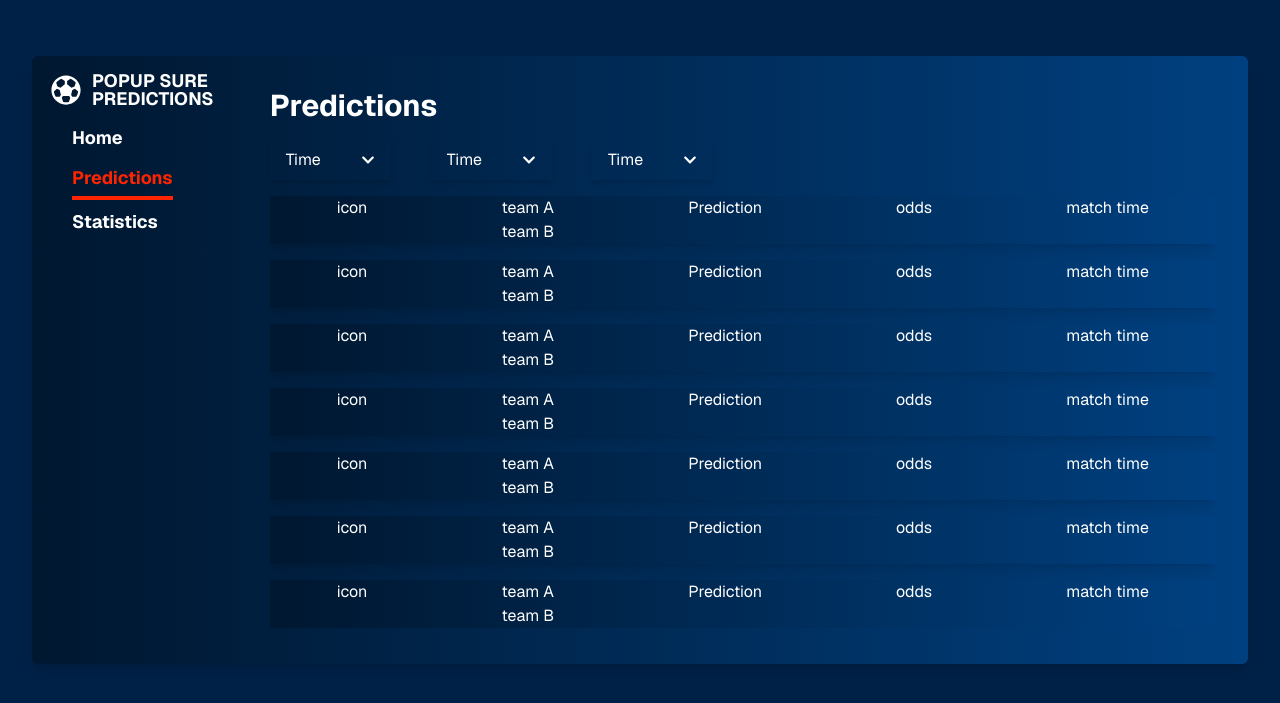
Repository: prototypedave/AlgoFooty
Page: /predictions (app in frontend/algo-footy/)
The author's editor kept a copy of each file at every save. The page is drawn from the files as they stood at one save, then again after the next save.
The browser window is 1280 px wide. The pictures show the whole page.
The project was rebuilt for these pictures with package versions that can differ from the ones it lists, and the page was loaded fresh each time. The framework's server and built-in components were replaced by stand-ins that run in the browser. Also part of the build but not shown: frontend/algo-footy/next.config.ts.

Above is the page before, as saved 2025-11-03 08:14:04.

### frontend/algo-footy/app/predictions/page.tsx
"use client";

import Link from "next/link";
import { IoMdFootball } from "react-icons/io";
import { usePathname } from "next/navigation";
import DropdownButton from "@/components/dropdown";

export default function Predictions() {
    const pathname = usePathname();
    return (
        <div className="relative flex flex-col min-h-screen items-center justify-center bg-oxford-blue font-sans">
            <nav className="absolute inset-x-0 top-0 bottom-0 bg-gradient-to-r from-[#001730] to-[#004080] text-white max-h-full rounded-md mx-8 my-14 shadow-lg flex gap-10 p-4">
                <div className="flex flex-col">
                    <div className="flex gap-2">
                        <IoMdFootball className="text-4xl"/>
                        <p className="text-lg font-bold leading-none">
                            <span className="block">POPUP SURE </span>
                            <span className="block">PREDICTIONS</span>
                        </p>
                    </div>
                    <div className="flex flex-col items-start gap-2 pt-4 pl-6 font-bold text-lg text-white">
                        <Link
                            href="/home"
                            className={`pb-1 ${
                            pathname === "/home"
                                ? "border-b-4 border-black font-bold"
                                : "border-b-0"
                            }`}
                        >
                            Home
                        </Link>
                        <Link href="/predictions"
                            className={`inline-block pb-1 ${
                                pathname === "/predictions"? "border-b-4 border-orange-red font-bold text-orange-red" : "border-b-0 border-orange-red"
                            }`}>Predictions</Link>
                        <Link href={"/statistics"}>Statistics</Link>
                    </div>
                </div>
                <div className="flex flex-col p-4 gap-4 w-full">
                    <h1 className="text-3xl font-bold">Predictions</h1>
                    <div className="flex gap-10 w-full">
                            <DropdownButton />
                            <DropdownButton />
                            <DropdownButton />
                    </div>
                    <div className="flex w-full overflow-y-auto">
                        <ol className="flex flex-col w-full gap-4">
                            <li className="flex bg-gradient-to-r from-[#001730] to-[#004080] w-full shadow-lg justify-around">
                                <p>icon</p>
                                <div>
                                    <p>team A</p>
                                    <p>team B</p>
                                </div>
                                <p>Prediction</p>
                                <div>odds</div>
                                <div>match time</div>
                            </li>
                            <li className="flex bg-gradient-to-r from-[#001730] to-[#004080] w-full shadow-lg justify-around">
                                <p>icon</p>
                                <div>
                                    <p>team A</p>
                                    <p>team B</p>
                                </div>
                                <p>Prediction</p>
                                <div>odds</div>
                                <div>match time</div>
                            </li>
                            <li className="flex bg-gradient-to-r from-[#001730] to-[#004080] shadow-lg justify-around">
                                <p>icon</p>
                                <div>
                                    <p>team A</p>
                                    <p>team B</p>
                                </div>
                                <p>Prediction</p>
                                <div>odds</div>
                                <div>match time</div>
                            </li>
                            <li className="flex bg-gradient-to-r from-[#001730] to-[#004080] shadow-lg justify-around">
                                <p>icon</p>
                                <div>
                                    <p>team A</p>
                                    <p>team B</p>
                                </div>
                                <p>Prediction</p>
                                <div>odds</div>
                                <div>match time</div>
                            </li>
                            <li className="flex bg-gradient-to-r from-[#001730] to-[#004080] shadow-lg justify-around">
                                <p>icon</p>
                                <div>
                                    <p>team A</p>
                                    <p>team B</p>
                                </div>
                                <p>Prediction</p>
                                <div>odds</div>
                                <div>match time</div>
                            </li>
                            <li className="flex bg-gradient-to-r from-[#001730] to-[#004080] shadow-lg justify-around">
                                <p>icon</p>
                                <div>
                                    <p>team A</p>
                                    <p>team B</p>
                                </div>
                                <p>Prediction</p>
                                <div>odds</div>
                                <div>match time</div>
                            </li>
                            <li className="flex bg-gradient-to-r from-[#001730] to-[#004080] shadow-lg justify-around">
                                <p>icon</p>
                                <div>
                                    <p>team A</p>
                                    <p>team B</p>
                                </div>
                                <p>Prediction</p>
                                <div>odds</div>
                                <div>match time</div>
                            </li>
                        </ol>
                    </div>
                </div>
            </nav>
        </div>
    );
}

### frontend/algo-footy/app/globals.css
@import "tailwindcss";

:root {
  --background: #ffffff;
  --foreground: #171717;
}

@theme inline {
  --color-background: var(--background);
  --color-foreground: var(--foreground);
  --font-sans: var(--font-geist-sans);
  --font-mono: var(--font-geist-mono);
}

@theme {
  --color-oxford-blue: #002147;
  --color-orange-red: #FF2400;
}

@media (prefers-color-scheme: dark) {
  :root {
    --background: #0a0a0a;
    --foreground: #ededed;
  }
}

body {
  background: var(--background);
  color: var(--foreground);
  font-family: Arial, Helvetica, sans-serif;
}

### frontend/algo-footy/components/dropdown.tsx
"use client";
import { useState } from "react";
import { FaChevronDown, FaChevronUp } from "react-icons/fa";

export default function DropdownButton() {
  const [open, setOpen] = useState(false);

  return (
    <div className="relative inline-block text-left">
      {/* Button */}
      <button
        onClick={() => setOpen(!open)}
        className="flex items-center justify-between gap-10 text-white-500 px-4 py-2 shadow-md hover:text-orange-red transition"
      >
        Time
        {open ? (
          <FaChevronUp className="text-sm" />
        ) : (
          <FaChevronDown className="text-sm" />
        )}
      </button>

      {/* Dropdown Menu */}
      {open && (
        <div className="absolute right-0 mt-2 w-48 shadow-lg">
          <ul className="py-1">
            <li>
              <a
                href="#profile"
                className="block px-4 py-2 text-white-300 hover:bg-orange-red"
              >
                Next 1hr
              </a>
            </li>
            <li>
              <a
                href="#settings"
                className="block px-4 py-2 text-white-200 hover:bg-orange-red"
              >
                Next 3hrs
              </a>
            </li>
            <li>
              <a
                href="#logout"
                className="block px-4 py-2 text-white-300 hover:bg-orange-red"
              >
                Next 6hrs
              </a>
            </li>
          </ul>
        </div>
      )}
    </div>
  );
}

Loaded but not shown: frontend/algo-footy/app/layout.tsx (common file)

After the next save:
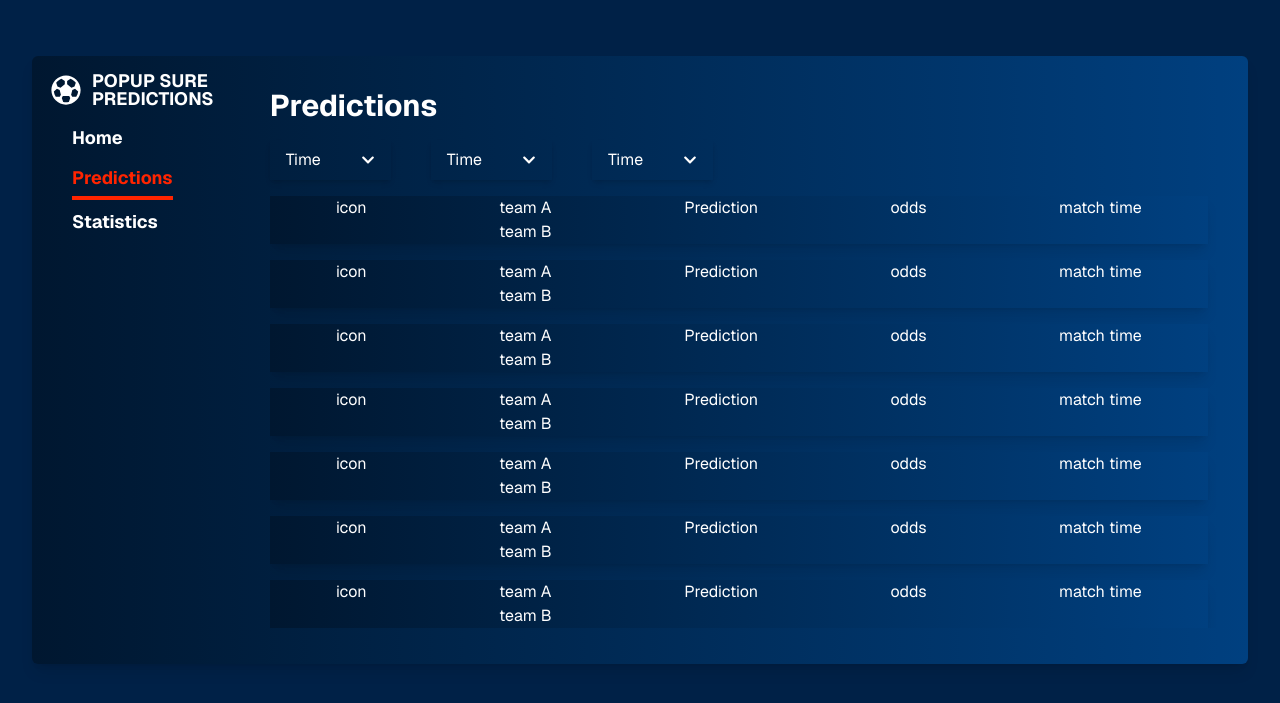
Saved 21 s later.
--- a/frontend/algo-footy/app/predictions/page.tsx
+++ b/frontend/algo-footy/app/predictions/page.tsx
@@ -43,7 +43,7 @@ export default function Predictions() {
                             <DropdownButton />
                             <DropdownButton />
                     </div>
-                    <div className="flex w-full overflow-y-auto">
+                    <div className="flex w-full overflow-y-auto pr-2">
                         <ol className="flex flex-col w-full gap-4">
                             <li className="flex bg-gradient-to-r from-[#001730] to-[#004080] w-full shadow-lg justify-around">
                                 <p>icon</p>
